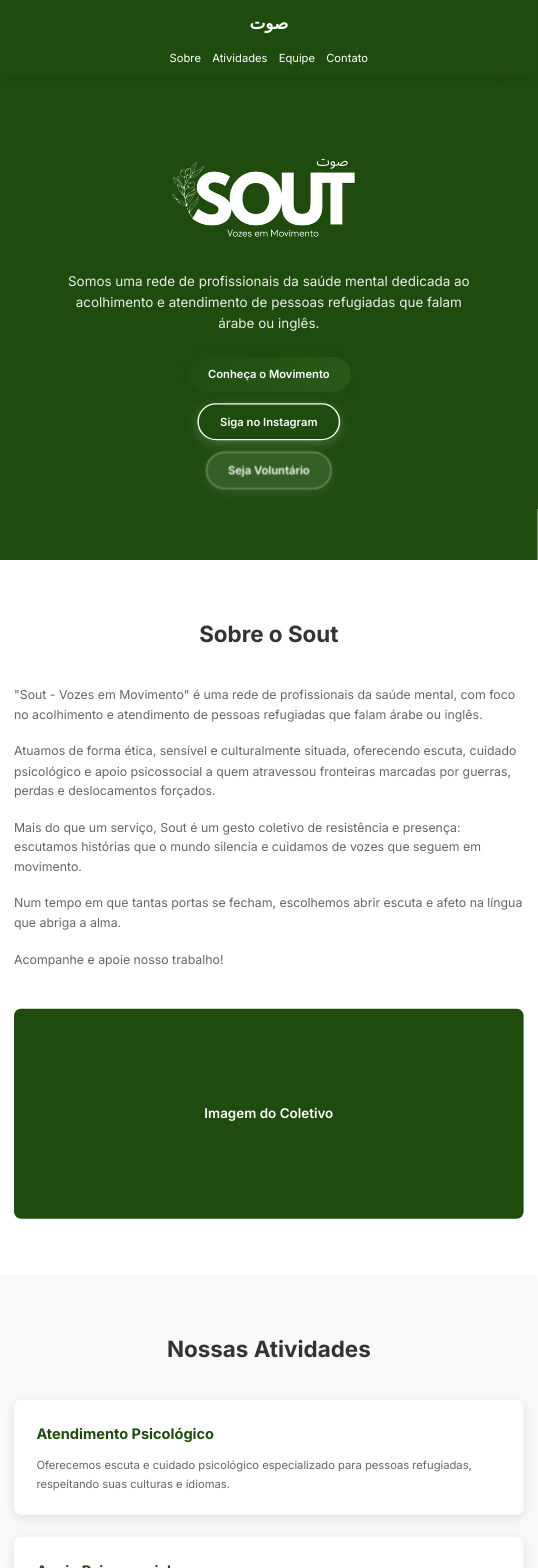
Repository: farukzahra/sout
Page: index.html
These files come from the project's save history. The page is drawn as it stood at one moment and after the next save; the edit follows.
The browser window is 768 px wide. The pictures show the part of the page from y = 0 to 2240 px (the page is 4859 px tall), at 70% of full size.
Some web fonts or font styles are not loaded; a fallback is used.

Above is the page before, as saved 2025-10-02 18:57:26.

### index.html
<!DOCTYPE html>
<html lang="pt-BR">
<head>
    <meta charset="UTF-8">
    <meta name="viewport" content="width=device-width, initial-scale=1.0">
    <title>Sout Vozes em Movimento</title>
    <meta name="description" content="Sout Vozes em Movimento - Movimento social e cultural">
    <link rel="stylesheet" href="style.css">
    <link href="https://fonts.googleapis.com/css2?family=Inter:wght@300;400;600;700&display=swap" rel="stylesheet">
    <link href="https://fonts.googleapis.com/css2?family=League+Spartan:wght@400;500;600;700;800;900&display=swap" rel="stylesheet">
    <link href="https://fonts.googleapis.com/css2?family=TT+Chocolates:wght@400;500;600;700;800;900&display=swap" rel="stylesheet">
</head>
<body>
    <header class="header">
        <nav class="nav">
            <div class="nav-brand">
                <h1>صوت</h1>
            </div>
            <ul class="nav-menu">
                <li><a href="#sobre">Sobre</a></li>
                <li><a href="#atividades">Atividades</a></li>
                <li><a href="#equipe">Equipe</a></li>
                <li><a href="#contato">Contato</a></li>
            </ul>
        </nav>
    </header>

    <main>
        <section class="hero">
            <div class="hero-content">
                <div class="hero-logo">
                    <img src="logo-sout.png" alt="Sout Vozes em Movimento" class="logo-image">
                </div>
                <p>Somos uma rede de profissionais da saúde mental dedicada ao acolhimento e atendimento de pessoas refugiadas que falam árabe ou inglês.</p>
                <div class="hero-buttons">
                    <a href="#sobre" class="btn btn-primary">Conheça o Movimento</a>
                    <a href="https://www.instagram.com/sout_vozesemmovimento/" target="_blank" class="btn btn-secondary">Siga no Instagram</a>
                    <a href="https://docs.google.com/forms/d/e/1FAIpQLSdX9GY8Kb4WV73kovT06PzRr-wZtflIAKzWhxLjnU2snoAhzg/viewform" target="_blank" class="btn btn-tertiary">Seja Voluntário</a>
                </div>
            </div>
        </section>

        <section id="sobre" class="section">
            <div class="container">
                <h2>Sobre o Sout</h2>
                <div class="about-content">
                    <div class="about-text">
                        <p>"Sout - Vozes em Movimento" é uma rede de profissionais da saúde mental, com foco no acolhimento e atendimento de pessoas refugiadas que falam árabe ou inglês.</p>
                        <p>Atuamos de forma ética, sensível e culturalmente situada, oferecendo escuta, cuidado psicológico e apoio psicossocial a quem atravessou fronteiras marcadas por guerras, perdas e deslocamentos forçados.</p>
                        <p>Mais do que um serviço, Sout é um gesto coletivo de resistência e presença: escutamos histórias que o mundo silencia e cuidamos de vozes que seguem em movimento.</p>
                        <p>Num tempo em que tantas portas se fecham, escolhemos abrir escuta e afeto na língua que abriga a alma.</p>
                        <p>Acompanhe e apoie nosso trabalho!</p>
                    </div>
                    <div class="about-image">
                        <div class="placeholder-image">
                            <span>Imagem do Coletivo</span>
                        </div>
                    </div>
                </div>
            </div>
        </section>

        <section id="atividades" class="section section-alt">
            <div class="container">
                <h2>Nossas Atividades</h2>
                <div class="activities-grid">
                    <div class="activity-card">
                        <h3>Atendimento Psicológico</h3>
                        <p>Oferecemos escuta e cuidado psicológico especializado para pessoas refugiadas, respeitando suas culturas e idiomas.</p>
                    </div>
                    <div class="activity-card">
                        <h3>Apoio Psicossocial</h3>
                        <p>Desenvolvemos estratégias de acolhimento e apoio para quem atravessou fronteiras marcadas por perdas e deslocamentos.</p>
                    </div>
                    <div class="activity-card">
                        <h3>Formação e Capacitação</h3>
                        <p>Capacitamos profissionais da saúde mental para atender de forma culturalmente sensível e eticamente responsável.</p>
                    </div>
                </div>
            </div>
        </section>

        <section id="equipe" class="section">
            <div class="container">
                <h2>Nossa Equipe</h2>
                <div class="team-grid">
                    <div class="team-card">
                        <div class="team-photo">
                            <div class="placeholder-photo">
                                <span>👤</span>
                            </div>
                        </div>
                        <h3>Nome do Profissional</h3>
                        <p class="team-role">Psicóloga Clínica</p>
                        <p class="team-description">Especialista em atendimento de refugiados com foco em trauma e resiliência.</p>
                    </div>
                    <div class="team-card">
                        <div class="team-photo">
                            <div class="placeholder-photo">
                                <span>👤</span>
                            </div>
                        </div>
                        <h3>Nome do Profissional</h3>
                        <p class="team-role">Psicólogo Social</p>
                        <p class="team-description">Atua com apoio psicossocial e integração cultural de pessoas refugiadas.</p>
                    </div>
                    <div class="team-card">
                        <div class="team-photo">
                            <div class="placeholder-photo">
                                <span>👤</span>
                            </div>
                        </div>
                        <h3>Nome do Profissional</h3>
                        <p class="team-role">Terapeuta</p>
                        <p class="team-description">Especialista em terapia culturalmente sensível para comunidades árabes.</p>
                    </div>
                </div>
            </div>
        </section>

        <section id="contato" class="section section-alt">
            <div class="container">
                <h2>Entre em Contato</h2>
                <div class="contact-content">
                    <div class="contact-info">
                        <h3>Conecte-se Conosco</h3>
                        <p>Siga nossas redes sociais para acompanhar nossas atividades e participar do movimento.</p>
                        <div class="social-links">
                            <a href="https://www.instagram.com/sout_vozesemmovimento/" target="_blank" class="social-link">
                                <span>📷</span> Instagram
                            </a>
                        </div>
                    </div>
                    <div class="contact-form">
                        <h3>Envie uma Mensagem</h3>
                        <form action="https://api.web3forms.com/submit" method="POST" id="contact-form">
                            <input type="hidden" name="access_key" value="3ed1149a-7ec4-41a6-8297-e322822d6b4c">
                            <input type="hidden" name="subject" value="Nova mensagem do site Sout Vozes em Movimento">
                            <input type="text" name="name" placeholder="Seu nome" required>
                            <input type="email" name="email" placeholder="Seu email" required>
                            <textarea name="message" placeholder="Sua mensagem" rows="5" required></textarea>
                            <button type="submit" class="btn btn-primary">Enviar Mensagem</button>
                        </form>
                    </div>
                </div>
            </div>
        </section>
    </main>

    <footer class="footer">
        <div class="container">
            <p>&copy; 2025 Sout Vozes em Movimento. Todos os direitos reservados.</p>
            <p>Feito com ❤️ para transformar o mundo</p>
        </div>
    </footer>

    <script>
        // Smooth scrolling para links internos
        document.querySelectorAll('a[href^="#"]').forEach(anchor => {
            anchor.addEventListener('click', function (e) {
                e.preventDefault();
                const target = document.querySelector(this.getAttribute('href'));
                if (target) {
                    target.scrollIntoView({
                        behavior: 'smooth',
                        block: 'start'
                    });
                }
            });
        });

        // Formulário de contato com Web3Forms
        document.getElementById('contact-form').addEventListener('submit', function(e) {
            // Mostrar loading
            const submitBtn = this.querySelector('button[type="submit"]');
            const originalText = submitBtn.textContent;
            submitBtn.textContent = 'Enviando...';
            submitBtn.disabled = true;

            // O Web3Forms vai processar automaticamente
            // Não precisamos de preventDefault() pois queremos que o form seja enviado
        });
    </script>
</body>
</html>

### style.css
/* Reset e configurações básicas */
* {
    margin: 0;
    padding: 0;
    box-sizing: border-box;
}

body {
    font-family: 'Inter', sans-serif;
    line-height: 1.6;
    color: #333;
    background-color: #fff;
}

.container {
    max-width: 1200px;
    margin: 0 auto;
    padding: 0 20px;
}

/* Header */
.header {
    background-color: #1F4C0E;
    color: white;
    padding: 1rem 0;
    position: fixed;
    top: 0;
    width: 100%;
    z-index: 1000;
    box-shadow: 0 2px 10px rgba(0,0,0,0.1);
}

.nav {
    display: flex;
    justify-content: space-between;
    align-items: center;
    max-width: 1200px;
    margin: 0 auto;
    padding: 0 20px;
}

.nav-brand h1 {
    font-size: 1.5rem;
    font-weight: 700;
    direction: rtl;
    font-family: 'TT Chocolates', 'League Spartan', 'Inter', 'Arial', sans-serif;
}

.hero-logo {
    margin-bottom: 1rem;
}

.logo-image {
    max-width: 400px;
    width: 100%;
    height: auto;
    object-fit: contain;
}

.hero-logo .logo-subtitle {
    font-size: 1.2rem;
    opacity: 0.9;
}

.nav-menu {
    display: flex;
    list-style: none;
    gap: 2rem;
}

.nav-menu a {
    color: white;
    text-decoration: none;
    font-weight: 500;
    transition: opacity 0.3s ease;
}

.nav-menu a:hover {
    opacity: 0.8;
}

/* Hero Section */
.hero {
    background-color: #1F4C0E;
    color: white;
    padding: 60px 0 80px;
    text-align: center;
    min-height: 100vh;
    display: flex;
    align-items: center;
    justify-content: center;
}


.hero-content h2 {
    font-size: 3rem;
    font-weight: 700;
    margin-bottom: 1rem;
    text-shadow: 2px 2px 4px rgba(0,0,0,0.3);
    font-family: 'League Spartan', 'Inter', 'Arial', sans-serif;
}

.hero-content {
    max-width: 800px;
    margin: 0 auto;
    padding: 0 20px;
}

.hero-content p {
    font-size: 1.2rem;
    margin-top: 1rem;
    margin-bottom: 2rem;
    max-width: 600px;
    margin-left: auto;
    margin-right: auto;
    opacity: 0.9;
}

.hero-buttons {
    display: flex;
    gap: 1rem;
    justify-content: center;
    flex-wrap: wrap;
}

/* Botões */
.btn {
    display: inline-block;
    padding: 12px 30px;
    text-decoration: none;
    border-radius: 50px;
    font-weight: 600;
    transition: all 0.3s ease;
    border: 2px solid transparent;
}

.btn-primary {
    background: linear-gradient(135deg, #1F4C0E 0%, #2a5a1a 100%);
    color: white;
    border: none;
    box-shadow: 0 4px 15px rgba(31, 76, 14, 0.3);
    transition: all 0.3s ease;
}

.btn-primary:hover {
    background: linear-gradient(135deg, #2a5a1a 0%, #1F4C0E 100%);
    transform: translateY(-2px);
    box-shadow: 0 6px 20px rgba(31, 76, 14, 0.4);
}

.btn-secondary {
    background: transparent;
    color: white;
    border: 2px solid white;
    box-shadow: 0 4px 15px rgba(255, 255, 255, 0.2);
}

.btn-secondary:hover {
    background: white;
    color: #1F4C0E;
    transform: translateY(-2px);
    box-shadow: 0 6px 20px rgba(255, 255, 255, 0.3);
}

.btn-tertiary {
    background: rgba(255, 255, 255, 0.1);
    color: white;
    border: 2px solid rgba(255, 255, 255, 0.3);
    backdrop-filter: blur(10px);
    box-shadow: 0 4px 15px rgba(255, 255, 255, 0.1);
}

.btn-tertiary:hover {
    background: rgba(255, 255, 255, 0.2);
    border-color: rgba(255, 255, 255, 0.5);
    transform: translateY(-2px);
    box-shadow: 0 6px 20px rgba(255, 255, 255, 0.2);
}

/* Seções */
.section {
    padding: 80px 0;
}

.section-alt {
    background-color: #f8f9fa;
}

.section h2 {
    text-align: center;
    font-size: 2.5rem;
    margin-bottom: 3rem;
    color: #333;
}

/* Sobre */
.about-content {
    display: grid;
    grid-template-columns: 2fr 1fr;
    gap: 3rem;
    align-items: center;
}

.about-text p {
    font-size: 1.1rem;
    margin-bottom: 1.5rem;
    color: #666;
}

.placeholder-image {
    background-color: #1F4C0E;
    height: 300px;
    border-radius: 10px;
    display: flex;
    align-items: center;
    justify-content: center;
    color: white;
    font-size: 1.2rem;
    font-weight: 600;
}

/* Atividades */
.activities-grid {
    display: grid;
    grid-template-columns: repeat(auto-fit, minmax(300px, 1fr));
    gap: 2rem;
}

/* Equipe */
.team-grid {
    display: grid;
    grid-template-columns: repeat(auto-fit, minmax(280px, 1fr));
    gap: 2rem;
    margin-top: 2rem;
}

.team-card {
    background: white;
    padding: 2rem;
    border-radius: 15px;
    box-shadow: 0 5px 15px rgba(0,0,0,0.1);
    text-align: center;
    transition: transform 0.3s ease, box-shadow 0.3s ease;
}

.team-card:hover {
    transform: translateY(-5px);
    box-shadow: 0 10px 25px rgba(0,0,0,0.15);
}

.team-photo {
    margin-bottom: 1.5rem;
}

.placeholder-photo {
    width: 120px;
    height: 120px;
    background: linear-gradient(135deg, #1F4C0E 0%, #2a5a1a 100%);
    border-radius: 50%;
    display: flex;
    align-items: center;
    justify-content: center;
    margin: 0 auto;
    font-size: 3rem;
    color: white;
}

.team-card h3 {
    color: #1F4C0E;
    margin-bottom: 0.5rem;
    font-size: 1.4rem;
    font-family: 'League Spartan', 'Inter', 'Arial', sans-serif;
}

.team-role {
    color: #666;
    font-weight: 600;
    margin-bottom: 1rem;
    font-size: 1rem;
}

.team-description {
    color: #666;
    line-height: 1.6;
    font-size: 0.95rem;
}

.activity-card {
    background: white;
    padding: 2rem;
    border-radius: 10px;
    box-shadow: 0 5px 15px rgba(0,0,0,0.1);
    transition: transform 0.3s ease, box-shadow 0.3s ease;
}

.activity-card:hover {
    transform: translateY(-5px);
    box-shadow: 0 10px 25px rgba(0,0,0,0.15);
}

.activity-card h3 {
    color: #1F4C0E;
    margin-bottom: 1rem;
    font-size: 1.3rem;
}

.activity-card p {
    color: #666;
    line-height: 1.6;
}

/* Contato */
.contact-content {
    display: grid;
    grid-template-columns: 1fr 1fr;
    gap: 3rem;
}

.contact-info h3 {
    color: #1F4C0E;
    margin-bottom: 1rem;
    font-size: 1.5rem;
}

.contact-info p {
    color: #666;
    margin-bottom: 2rem;
}

.social-links {
    display: flex;
    gap: 1rem;
}

.social-link {
    display: flex;
    align-items: center;
    gap: 0.5rem;
    padding: 10px 20px;
    background-color: #1F4C0E;
    color: white;
    text-decoration: none;
    border-radius: 25px;
    transition: transform 0.3s ease;
}

.social-link:hover {
    transform: translateY(-2px);
}

.contact-form h3 {
    color: #1F4C0E;
    margin-bottom: 1rem;
    font-size: 1.5rem;
}

.contact-form form {
    display: flex;
    flex-direction: column;
    gap: 1rem;
}

.contact-form input,
.contact-form textarea {
    padding: 12px;
    border: 2px solid #e1e5e9;
    border-radius: 5px;
    font-family: inherit;
    font-size: 1rem;
    transition: border-color 0.3s ease;
}

.contact-form input:focus,
.contact-form textarea:focus {
    outline: none;
    border-color: #1F4C0E;
}

.contact-form textarea {
    resize: vertical;
    min-height: 120px;
}

/* Footer */
.footer {
    background: #333;
    color: white;
    text-align: center;
    padding: 2rem 0;
}

.footer p {
    margin-bottom: 0.5rem;
}

/* Responsividade */
@media (max-width: 768px) {
    .nav {
        flex-direction: column;
        gap: 1rem;
    }

    .nav-menu {
        gap: 1rem;
    }

    .logo-image {
        max-width: 300px;
    }

    .hero-content h2 {
        font-size: 2rem;
        font-family: 'League Spartan', 'Inter', 'Arial', sans-serif;
    }

    .hero-buttons {
        flex-direction: column;
        align-items: center;
    }

    .about-content,
    .contact-content {
        grid-template-columns: 1fr;
        gap: 2rem;
    }

    .activities-grid {
        grid-template-columns: 1fr;
    }

    .team-grid {
        grid-template-columns: 1fr;
    }

    .section h2 {
        font-size: 2rem;
    }
}

@media (max-width: 480px) {
    .hero {
        padding: 40px 0 60px;
    }

    .logo-image {
        max-width: 250px;
    }

    .hero-content h2 {
        font-size: 1.8rem;
        font-family: 'League Spartan', 'Inter', 'Arial', sans-serif;
    }

    .hero-content p {
        font-size: 1rem;
    }

    .section {
        padding: 60px 0;
    }

    .container {
        padding: 0 15px;
    }
}

After the next save:
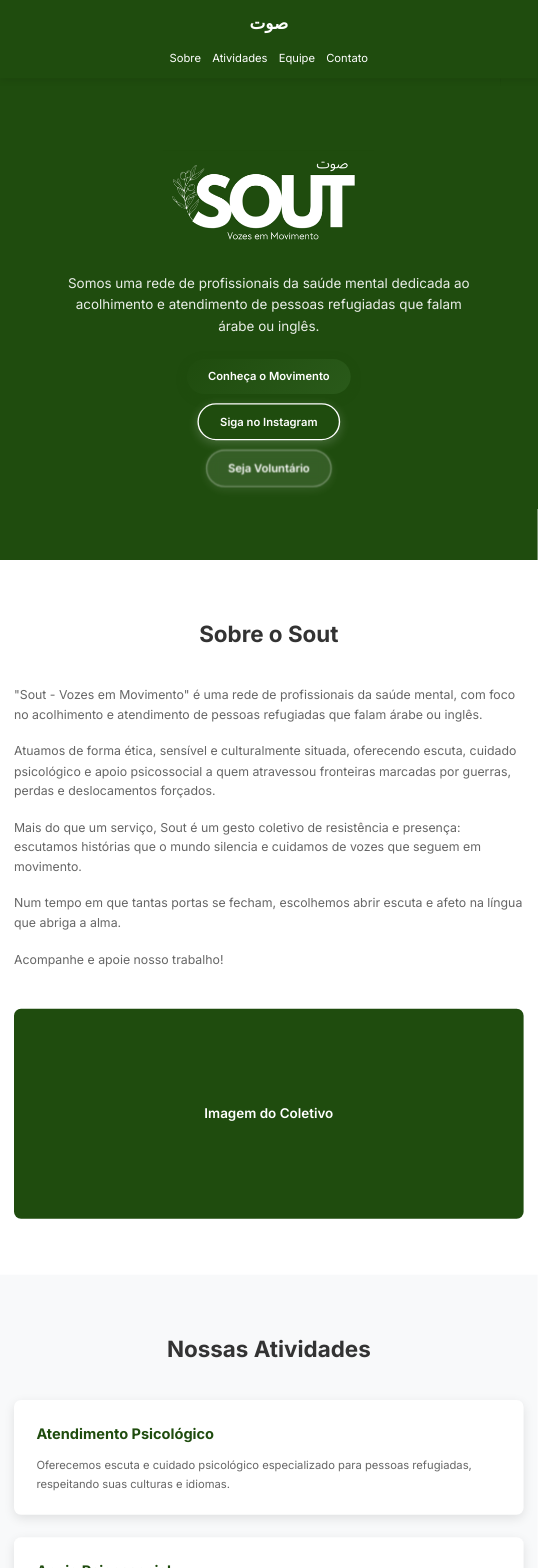
Saved 4 s later.
--- a/style.css
+++ b/style.css
@@ -416,6 +416,7 @@ body {
     .hero-buttons {
         flex-direction: column;
         align-items: center;
+        gap: 0.8rem;
     }
 
     .about-content,
